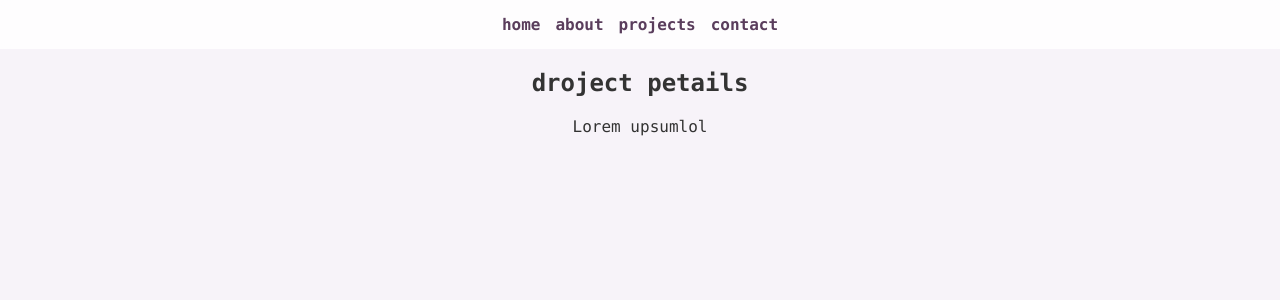
Repository: sarriah/sarriah
Page: pages/project2.html
These files come from the project's save history. The page is drawn as it stood at one moment and after the next save; the edit follows.
The browser window is 1280 px wide. The pictures show the whole page.

Above is the page before, as saved 2026-05-15 19:45:51.

After the next save:
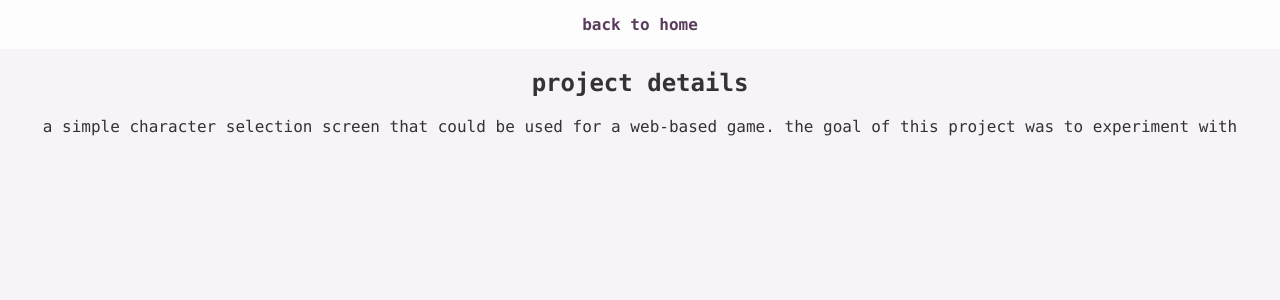
Saved 73 s later.
--- a/pages/project2.html
+++ b/pages/project2.html
@@ -52,14 +52,12 @@ nav {
 
     <nav>
 
-        <a class="navBar" href="../homepage.html">home</a>
-        <a class="navBar" href="README.md">about</a>
-        <a class="navBar" href="README.md">projects</a>
-        <a class="navBar" href="README.md">contact</a>
+        <a class="navBar" href="../homepage.html">back to home</a>
+
     </nav>
 
-    <H2>droject petails</H2>
-    <p>Lorem upsumlol</p>
+    <H2>project details</H2>
+    <p>a simple character selection screen that could be used for a web-based game. the goal of this project was to experiment with </p>
 
 </body>
 </html>
